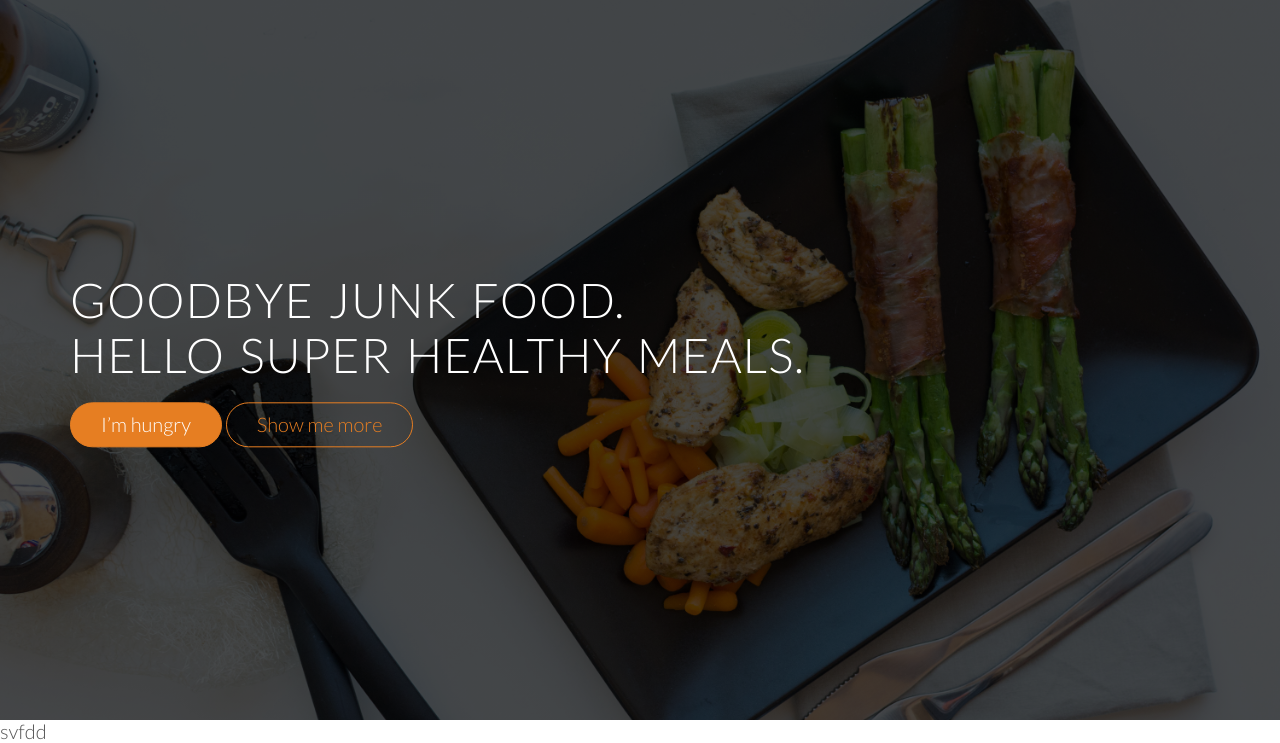
Repository: MalgorzataMazur/Omnifood
Page: index.html
These files come from the project's save history. The page is drawn as it stood at one moment and after the next save; the edit follows.
The browser window is 1280 px wide. The pictures show the whole page.

Above is the page before, as saved 2019-10-28 08:10:11.

### index.html
<!DOCTYPE html>
<html lang="en">
    <head>
        <link rel="stylesheet" href="vendors/css/normalize.css">
        <link rel="stylesheet" href="vendors/css/grid.css">
        <link rel="stylesheet" href="resources/css/style.css">
        <link href="https://fonts.googleapis.com/css?family=Lato:100,300,300i,400&display=swap" rel="stylesheet">
        <meta charset="UTF-8">
        <meta name="viewport" content="width=device-width, initial-scale=1.0">
        <meta http-equiv="X-UA-Compatible" content="ie=edge">
        <title>Omnifood</title>
    </head>
    <body>
        <header> <!-- like container to put some conetent nav, footer, main element for the main cinetent etc-->
            <div class="hero-text-box">
                <h1>Goodbye junk food.<br>Hello super healthy meals.</h1>
                <a class="btn btn-full" href="#">I’m hungry</a>
                <a class="btn btn-ghost" href="#">Show me more</a>



            </div>
        </header>


    </body>
</html>
svfdd

### resources/css/style.css
* {
    margin: 0%;
    padding: 0%;
    box-sizing: border-box;
}

html {
    background-color: #fff;
    color: #555;
    font-family: 'Lato';'Arial', sans-serif;
    font-weight: 300;
    font-size: 20px;
    text-rendering: optimizeLegibility;
}

.row {
    max-width: 1140px;
    margin: 0 auto;
}

header {
    background-image: linear-gradient(rgba(0, 0, 0, 0.705), rgba(0, 0, 0, 0.705)), url(img/hero.jpg);
    background-size: cover;
    background-position: center;
    height: 100vh;
}

.hero-text-box {
    position: absolute;
    width: 1140px;
    top: 50%;
    left: 50%;
    transform: translate(-50%,-50%); /* move header*/
}

h1 {
    margin-top: 0;
    margin-bottom: 20px;
    color: #fff;
    font-size: 240%;
    font-weight: 300;
    text-transform: uppercase;
    letter-spacing: 1px;
    word-spacing: 4px;
}
 /*visited link should look just like the normal links in their normla state */
.btn:link, /* both look the same here*/
.btn:visited {   /* how element loks in the normal state, we use pseudo clasess it means the a element in its normal state*/
    display: inline-block;
    padding: 10px 30px;
    font-weight: 300;
    text-decoration: none; /* no underline */
    border-radius: 200px;
    color: #fff;
}
/*we want the button look exactly the same when we hover it or when we click on it, so wjhen its active*/
.btn:hover,
.btn:active {

}

.btn-full:link,
.btn-full:visited {
    background-color: #e67e22;
    border: 1px solid #e67e22;
    color: #fff;

}

.btn-ghost:link,
.btn-ghost:visited {
    border: 1px solid #e67e22;
    color: #e67e22;
}

Loaded but not shown: vendors/css/normalize.css (library); vendors/css/grid.css (library)

After the next save:
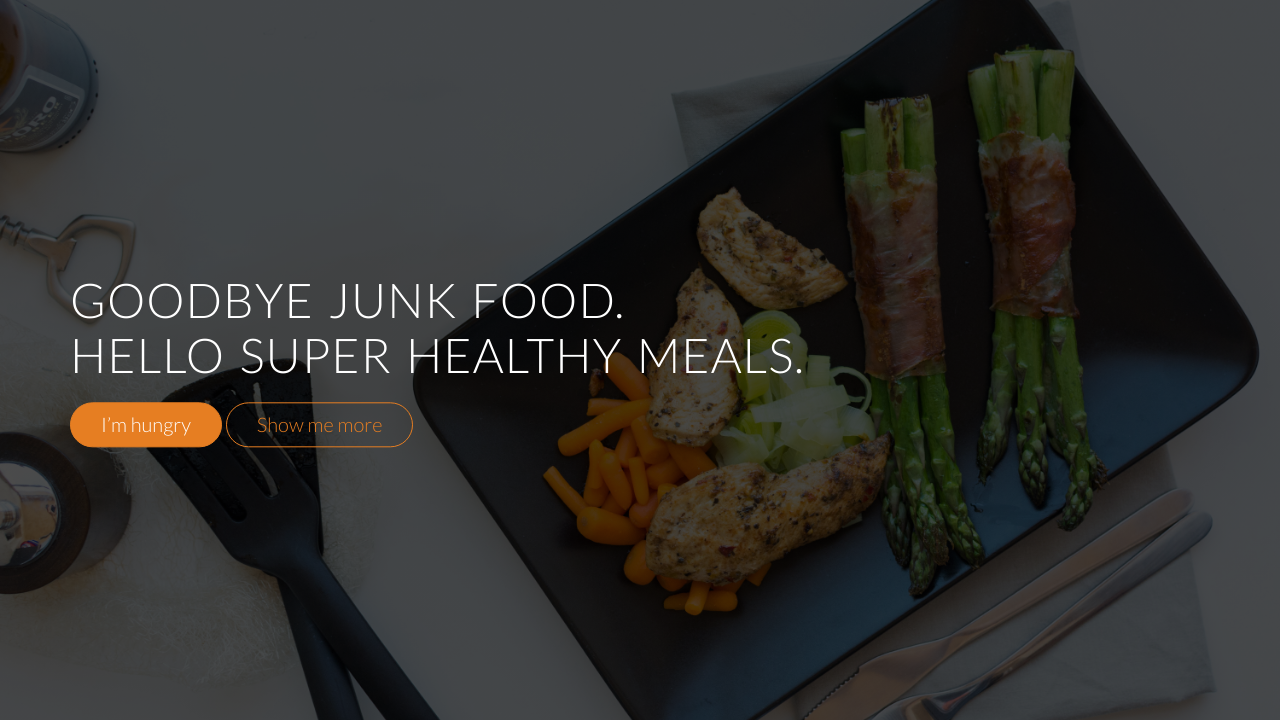
Saved 10 h 43 min later.
--- a/index.html
+++ b/index.html
@@ -25,4 +25,3 @@
 
     </body>
 </html>
-svfdd
